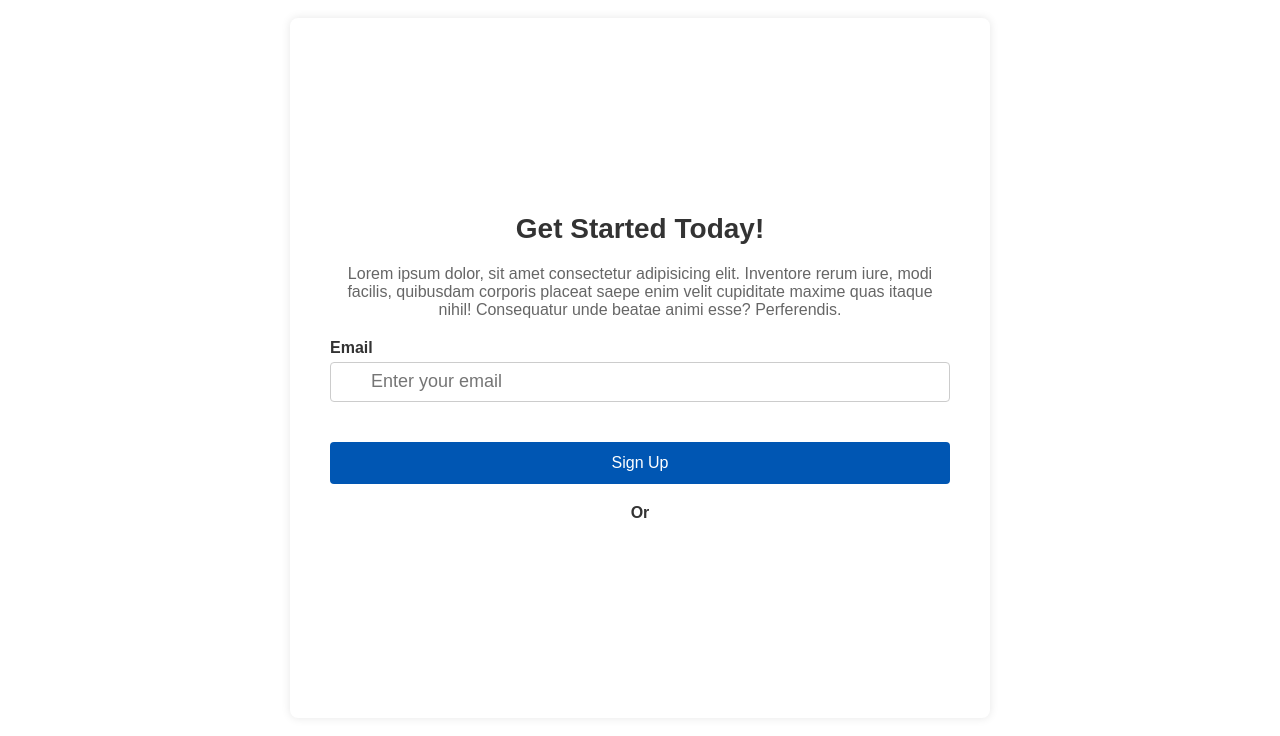
Repository: Femi007-gh/LOGIN-INTERFACE
Page: index.html
These files come from the project's save history. The page is drawn as it stood at one moment and after the next save; the edit follows.
The browser window is 1280 px wide. The pictures show the whole page.

Above is the page before, as saved 2025-01-21 06:40:59.

After the next save:
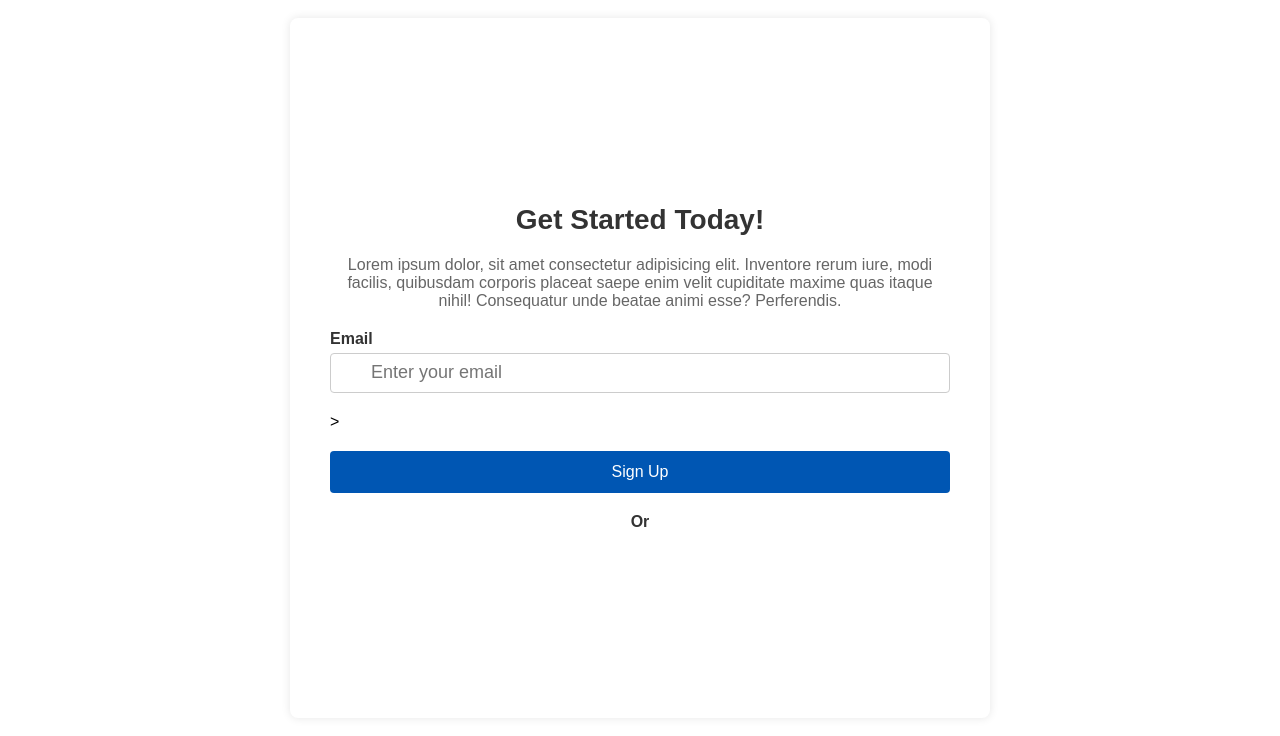
Saved 6 s later.
--- a/index.html
+++ b/index.html
@@ -12,7 +12,8 @@
           <form>
             <div class="inter-group">
               <p>Email</p>
-              <input type="email" id="email" placeholder="Enter your email" class="email">
+              <input type="email" id="email" placeholder="Enter your email" class="email" <i class="fa-duotone fa-light fa-envelope"></i>
+              >
             </div>
             <button class="primary-btn" type="submit">
               Sign Up

After the save that followed:
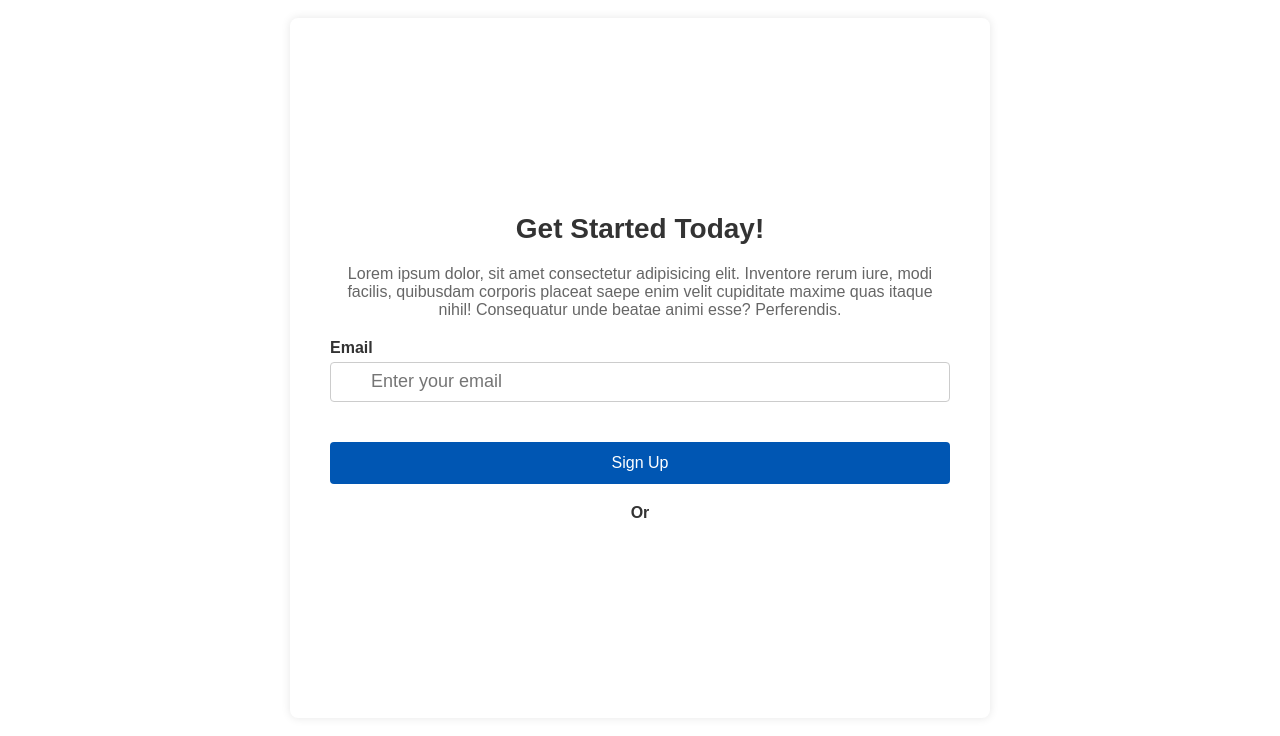
Saved 15 s later.
--- a/index.html
+++ b/index.html
@@ -13,7 +13,7 @@
             <div class="inter-group">
               <p>Email</p>
               <input type="email" id="email" placeholder="Enter your email" class="email" <i class="fa-duotone fa-light fa-envelope"></i>
-              >
+
             </div>
             <button class="primary-btn" type="submit">
               Sign Up
